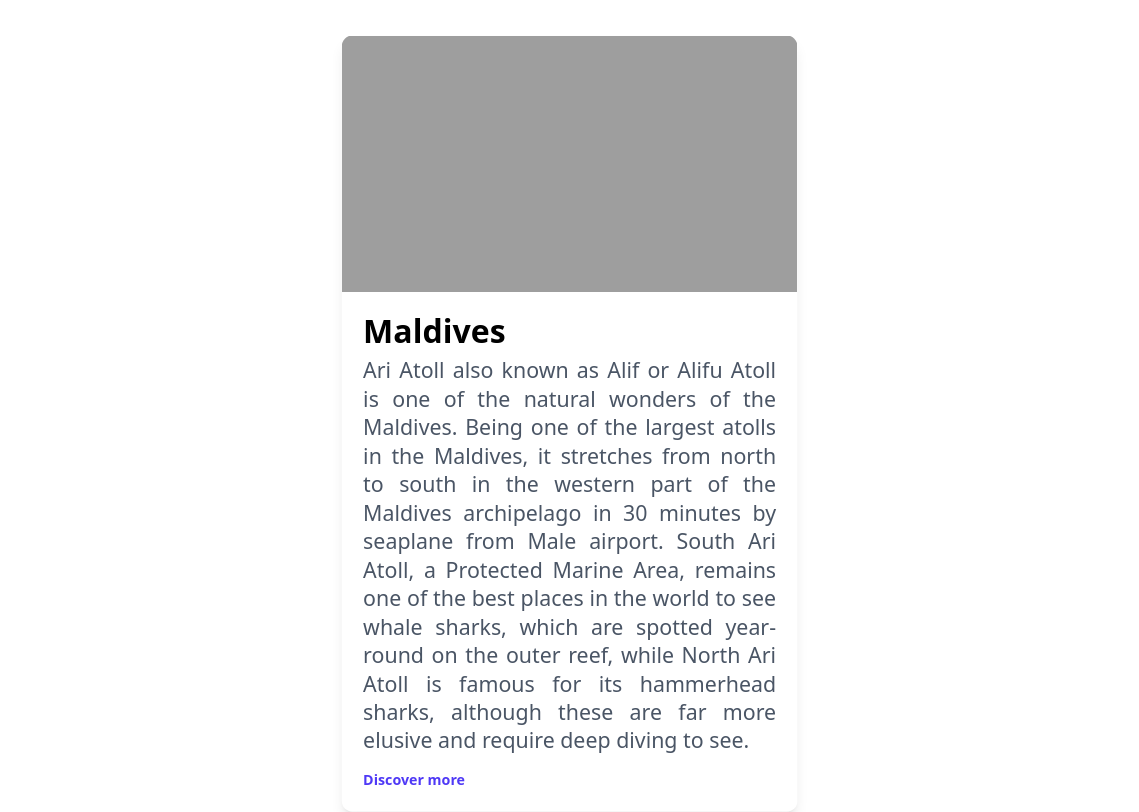
Repository: DinTri/TailwindInASimpleWebApp
Page: src/index.html
An editor plug-in stored every save of this project. The page is shown before and after the next save, followed by the edit.
The browser window is 1280 px wide. The pictures show the whole page, at 89% of full size.
Pictures or frames that could not be fetched are drawn as grey boxes.

Above is the page before, as saved 2025-06-22 23:08:36.

### src/index.html
<!doctype html>
<html lang="en">
  <head>
    <meta charset="utf-8" />
    <meta http-equiv="X-UA-Compatible" content="IE=edge" />
    <title>Responsive card</title>
    <meta name="description" content="" />
    <meta name="viewport" content="width=device-width, initial-scale=1" />
    <link rel="stylesheet" href="./css/style.css" />
  </head>
  <body>
    <section
      id="card"
      class="ld:max-w-xl mx-auto mt-10 max-w-sm overflow-hidden rounded-xl bg-white shadow-lg sm:max-w-md md:max-w-lg"
    >
      <img
        class="h-48 w-full object-cover sm:h-56 md:h-64 lg:h-72"
        src="https://pix6.agoda.net/hotelImages/7540268/0/a30c55b932f277ae29eabd2a6cc873db.jpg?s=1024x768"
        alt="Maldives"
      />
      <div class="p-6">
        <h2 class="mb-2 text-xl font-bold sm:text-2xl md:text-3xl lg:text-4xl">
          Maldives
        </h2>
        <p class="mt-2 mb-4 text-justify text-gray-600 sm:text-xl md:text-2xl">
          Ari Atoll also known as Alif or Alifu Atoll is one of the natural
          wonders of the Maldives. Being one of the largest atolls in the
          Maldives, it stretches from north to south in the western part of the
          Maldives archipelago in 30 minutes by seaplane from Male airport.
          South Ari Atoll, a Protected Marine Area, remains one of the best
          places in the world to see whale sharks, which are spotted year-round
          on the outer reef, while North Ari Atoll is famous for its hammerhead
          sharks, although these are far more elusive and require deep diving to
          see.
        </p>
        <a href="#" class="font-semibold text-indigo-600 hover:text-indigo-700"
          >Discover more</a
        >
      </div>
    </section>
  </body>
</html>

Loaded but not shown: src/css/style.css (1690 lines, source omitted)

After the next save:
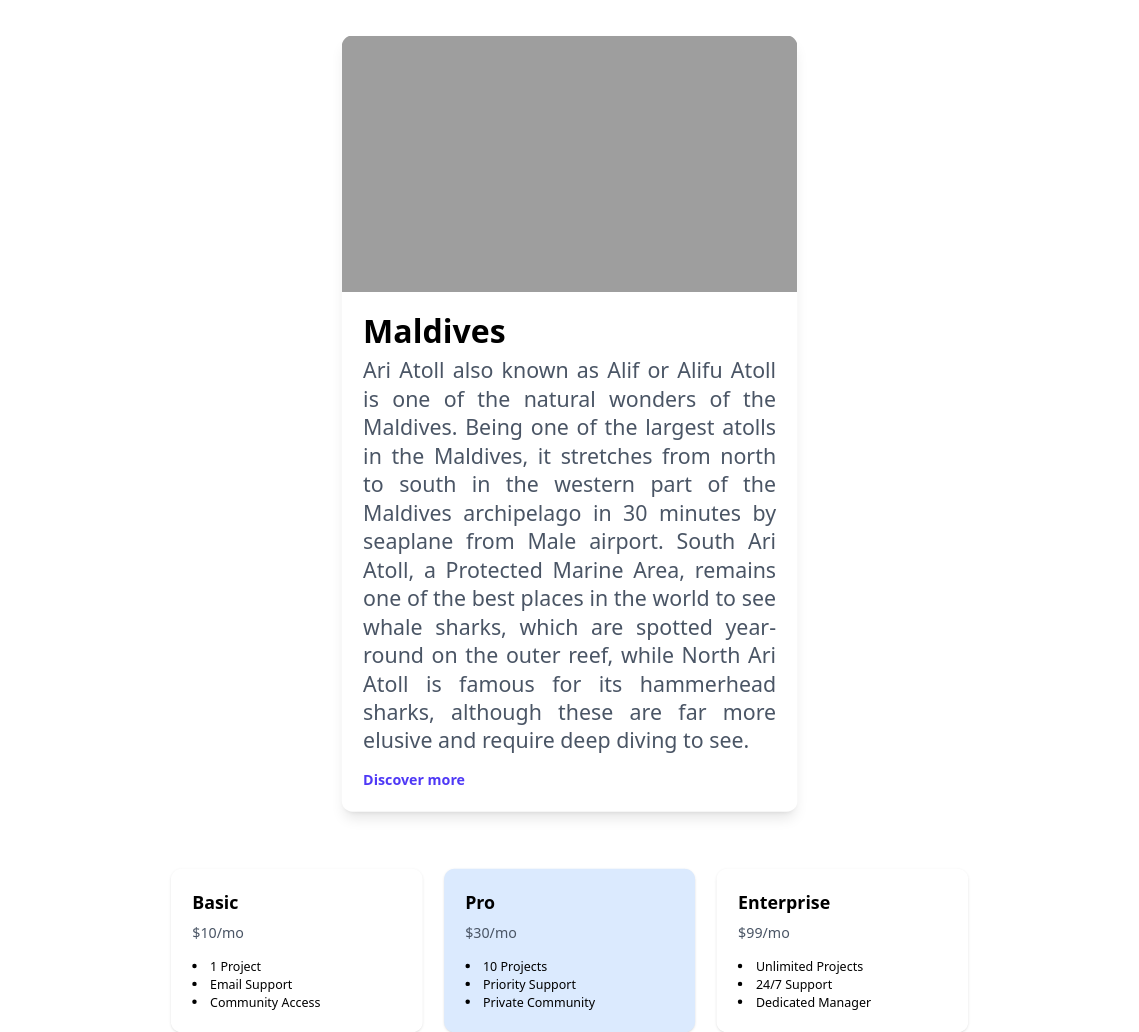
Saved 74 s later.
--- a/src/index.html
+++ b/src/index.html
@@ -38,5 +38,37 @@
         >
       </div>
     </section>
+    <section
+      id="pricing"
+      class="mx-auto mt-16 grid max-w-4xl grid-cols-1 gap-6 md:grid-cols-3"
+    >
+      <div class="rounded-xl bg-white p-6 shadow">
+        <h3 class="text-xl font-bold">Basic</h3>
+        <p class="mt-2 text-gray-600">$10/mo</p>
+        <ul class="mt-4 list-inside list-disc text-sm">
+          <li>1 Project</li>
+          <li>Email Support</li>
+          <li>Community Access</li>
+        </ul>
+      </div>
+      <div class="rounded-xl bg-blue-100 p-6 shadow">
+        <h3 class="text-xl font-bold">Pro</h3>
+        <p class="mt-2 text-gray-600">$30/mo</p>
+        <ul class="mt-4 list-inside list-disc text-sm">
+          <li>10 Projects</li>
+          <li>Priority Support</li>
+          <li>Private Community</li>
+        </ul>
+      </div>
+      <div class="rounded-xl bg-white p-6 shadow">
+        <h3 class="text-xl font-bold">Enterprise</h3>
+        <p class="mt-2 text-gray-600">$99/mo</p>
+        <ul class="mt-4 list-inside list-disc text-sm">
+          <li>Unlimited Projects</li>
+          <li>24/7 Support</li>
+          <li>Dedicated Manager</li>
+        </ul>
+      </div>
+    </section>
   </body>
 </html>
